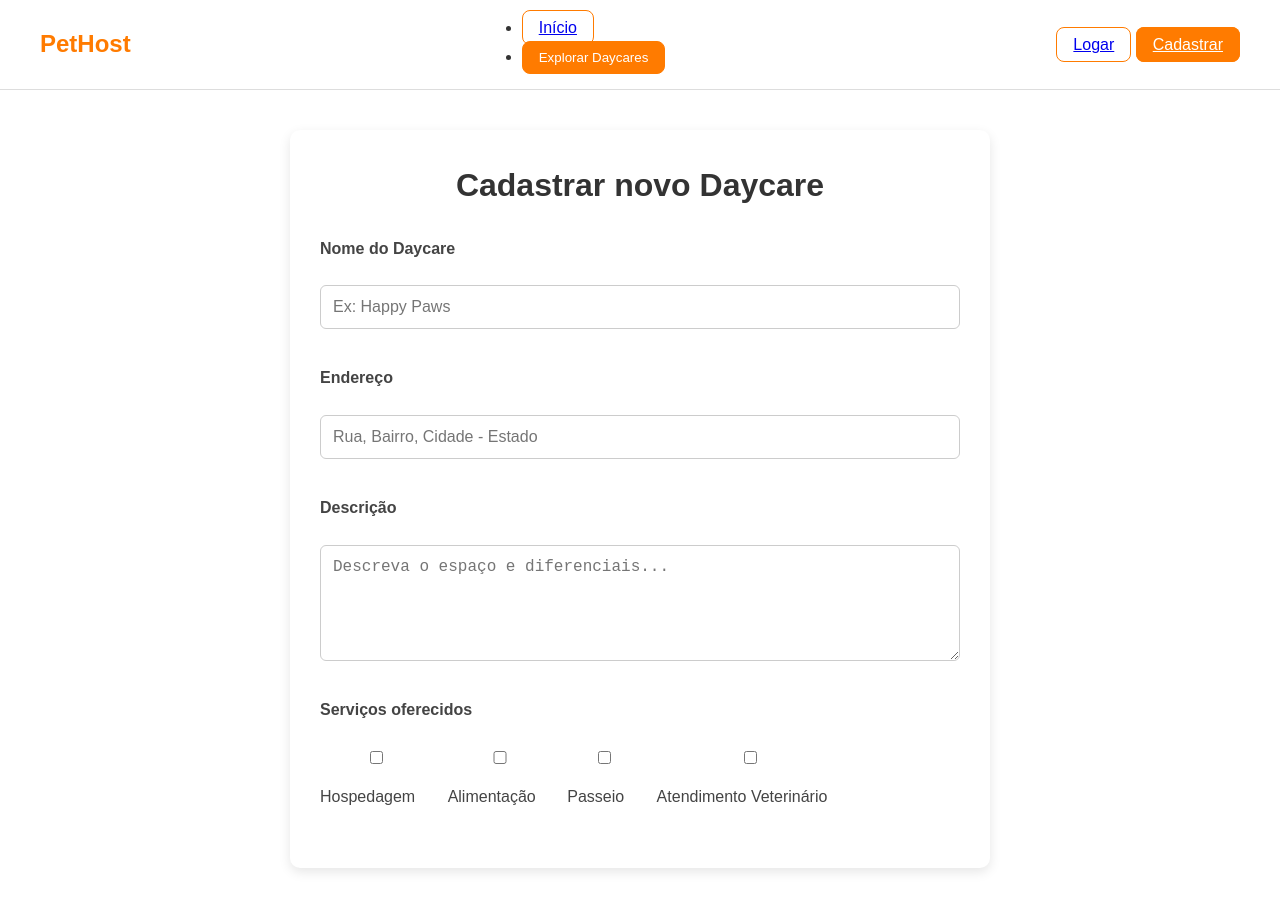
Repository: Vinicius9922/PetHost
Page: cadastro-imovel.html
These files come from the project's save history. The page is drawn as it stood at one moment and after a run of saves; the edit follows.
The browser window is 1280 px wide. The pictures show the whole page.

Above is the page before, as saved 2025-09-09 15:27:24.

### cadastro-imovel.html
<!DOCTYPE html>
<html lang="pt-BR">
<head>
  <meta charset="UTF-8">
  <meta name="viewport" content="width=device-width, initial-scale=1.0">
  <title>Cadastrar Imóvel - PetHost</title>
  <link rel="stylesheet" href="css/style.css">
</head>
<body>
  <!-- Header -->
  <header class="header">
    <div class="logo">PetHost</div>
    <nav>
      <ul class="nav-links">
        <li><a href="index.html" class="btn">Início</a></li>
        <li><button class="btn btn-primary" onclick="window.location.href='daycares.html'">Explorar Daycares</a></li>
      </ul>
    </nav>
    <div class="auth-buttons">
      <a href="login.html" class="btn">Logar</a>
      <a href="cadastro.html" class="btn btn-primary">Cadastrar</a>
    </div>
  </header>

  <!-- Conteúdo principal -->
  <main class="form-container">
    <h1>Cadastrar novo Daycare</h1>
    <form class="form">
      <label for="nome">Nome do Daycare</label>
      <input type="text" id="nome" name="nome" placeholder="Ex: Happy Paws" required>

      <label for="endereco">Endereço</label>
      <input type="text" id="endereco" name="endereco" placeholder="Rua, Bairro, Cidade - Estado" required>

      <label for="descricao">Descrição</label>
      <textarea id="descricao" name="descricao" rows="5" placeholder="Descreva o espaço e diferenciais..." required></textarea>

      <label>Serviços oferecidos</label>
      <div class="checkbox-group">
        <label><input type="checkbox" name="servicos" value="hospedagem"> Hospedagem</label>
        <label><input type="checkbox" name="servicos" value="alimentacao"> Alimentação</label>
        <label><input type="checkbox" name="servicos" value="passeio"> Passeio</label>
        <label><input type="checkbox" name="servicos" value="veterinario"> Atendimento Veterinário</label>
      </div>

      <label for="capaci

### css/style.css
/* ===============================LAYOUT GLOBAL================================== */
* {
  margin: 0;
  padding: 0;
  box-sizing: border-box;
}

body {
  font-family: Arial, sans-serif;
  line-height: 1.6;
  color: #333;
}

/* HEADER */
.header {
  display: flex;
  justify-content: space-between;
  align-items: center;
  padding: 15px 40px;
  background: #fff;
  border-bottom: 1px solid #ddd;
  position: sticky;
  top: 0;
  z-index: 100;
}

.logo {
  font-size: 1.5rem;
  font-weight: bold;
  color: #ff7b00;
}

.nav {
  display: flex;
  align-items: center;
  gap: 15px;
}

.btn {
  padding: 8px 16px;
  border: 1px solid #ff7b00;
  border-radius: 8px;
  background: transparent;
  cursor: pointer;
  transition: all 0.3s;
}

.btn:hover {
  background: #ff7b00;
  color: #fff;
}

.btn-primary {
  background: #ff7b00;
  color: #fff;
}

.btn-primary:hover {
  background: #e86c00;
}

/* USER INFO */
.user-info {
  display: flex;
  align-items: center;
  gap: 8px;
}

.user-info img.avatar {
  border-radius: 50%;
}

.hidden {
  display: none;
}

/* HERO */
.hero {
  text-align: center;
  padding: 80px 20px;
  background: #fff8f0;
}

.hero h1 {
  font-size: 3rem;
  color: #333;
}

.slogan {
  margin: 15px 0;
  font-size: 1.2rem;
  color: #555;
}

.hero-buttons {
  margin-top: 20px;
  display: flex;
  gap: 15px;
  justify-content: center;
}

/* ABOUT */
.about {
  display: flex;
  justify-content: space-between;
  align-items: center;
  gap: 40px;
  padding: 60px 40px;
}

.about-text {
  flex: 1;
}

.about-image img {
  width: 100%;
  max-width: 400px;
  border-radius: 12px;
}

/* SERVICES */
.services {
  padding: 60px 40px;
  background: #f9f9f9;
}

.services h2 {
  text-align: center;
  margin-bottom: 40px;
  color: #333;
}

.services-grid {
  display: grid;
  grid-template-columns: repeat(auto-fit, minmax(220px, 1fr));
  gap: 20px;
}

.service-card {
  background: #fff;
  border-radius: 12px;
  padding: 20px;
  box-shadow: 0 2px 6px rgba(0,0,0,0.1);
  transition: transform 0.3s;
}

.service-card:hover {
  transform: translateY(-5px);
}

/* FOOTER */
.footer {
  padding: 20px;
  background: #333;
  color: #fff;
  text-align: center;
}

.footer .socials a {
  margin: 0 10px;
  font-size: 1.2rem;
  color: #ff7b00;
  text-decoration: none;
}


/* ===============================LOGIN E CADASTRO================================== */


/* Containers dos formulários */
.form-container {
  max-width: 400px;
  margin: 80px auto;
  padding: 2rem;
  background: #fff;
  border-radius: 16px;
  box-shadow: 0 4px 12px rgba(0,0,0,0.1);
  text-align: center;
}

.form-container h1 {
  margin-bottom: 1.5rem;
  color: #ff7a00; /* cor alaranjada padrão */
}

form {
  display: flex;
  flex-direction: column;
  gap: 1rem;
}

form label {
  text-align: left;
  font-weight: 600;
  color: #444;
}

form input, form select {
  padding: 0.8rem;
  border: 1px solid #ccc;
  border-radius: 8px;
  font-size: 1rem;
}

form input:focus, form select:focus {
  border-color: #ff7a00;
  outline: none;
}

.extra-link {
  margin-top: 1rem;
  font-size: 0.9rem;
}
.extra-link a {
  color: #ff7a00;
  text-decoration: none;
  font-weight: 600;
}
.extra-link a:hover {
  text-decoration: underline;
}


/* ===============================DAYCARES================================== */


/* Hero menor para páginas internas */
.hero.small {
  padding: 60px 20px;
  text-align: center;
  background: #ffe4cc;
}

.hero.small h1 {
  font-size: 2rem;
  margin-bottom: 10px;
}

.hero.small p {
  font-size: 1.2rem;
  color: #555;
}

/* Grid de Cards */
.grid-cards {
  display: grid;
  grid-template-columns: repeat(auto-fit, minmax(280px, 1fr));
  gap: 20px;
  margin: 40px 0;
}

.card {
  background: #fff;
  border-radius: 12px;
  overflow: hidden;
  box-shadow: 0 4px 10px rgba(0,0,0,0.1);
  display: flex;
  flex-direction: column;
  transition: transform 0.2s;
}

.card:hover {
  transform: translateY(-5px);
}

.card img {
  width: 100%;
  height: 180px;
  object-fit: cover;
}

.card-body {
  padding: 15px;
  flex: 1;
  display: flex;
  flex-direction: column;
  justify-content: space-between;
}

.card-body h3 {
  margin-bottom: 8px;
  font-size: 1.2rem;
}

.card-body p {
  color: #555;
  margin: 3px 0;
}

.price {
  font-weight: bold;
  color: #ff6600;
  margin-top: 5px;
}

.card-body .btn-primary {
  margin-top: 10px;
  text-align: center;
}


/* ===============================DETALHES================================== */


/* Banner */
.daycare-banner img {
  width: 100%;
  height: auto;
  border-radius: 8px;
  margin-bottom: 20px;
}

/* Conteúdo */
.daycare-details {
  max-width: 900px;
  margin: 0 auto;
  padding: 20px;
}

.daycare-details h1 {
  font-size: 2rem;
  margin-bottom: 10px;
}

.daycare-details .location {
  font-size: 1rem;
  color: #666;
  margin-bottom: 20px;
}

.daycare-details .description {
  font-size: 1.1rem;
  line-height: 1.6;
  margin-bottom: 30px;
}

.services {
  list-style: none;
  padding: 0;
  margin-bottom: 30px;
}

.services li {
  background: #fff3e6;
  padding: 10px;
  margin: 5px 0;
  border-radius: 6px;
}

.reviews {
  background: #f9f9f9;
  padding: 15px;
  border-left: 4px solid #ff7f50;
  margin-bottom: 30px;
  border-radius: 6px;
}

.actions {
  text-align: center;
}

/* ===============================CADASSTRO IMOVEL================================== */
.form-container {
  max-width: 700px;
  margin: 40px auto;
  background: #fff;
  padding: 30px;
  border-radius: 10px;
  box-shadow: 0 4px 12px rgba(0,0,0,0.1);
}

.form-container h1 {
  text-align: center;
  margin-bottom: 25px;
  color: #333;
}

.form label {
  display: block;
  margin-bottom: 8px;
  font-weight: 600;
}

.form input,
.form textarea,
.form select {
  width: 100%;
  padding: 12px;
  margin-bottom: 20px;
  border: 1px solid #ccc;
  border-radius: 6px;
  font-size: 1rem;
}

.form textarea {
  resize: vertical;
}

.checkbox-group {
  display: flex;
  flex-wrap: wrap;
  gap: 15px;
  margin-bottom: 20px;
}

.checkbox-group label {
  font-weight: normal;
}

After the next 2 saves:
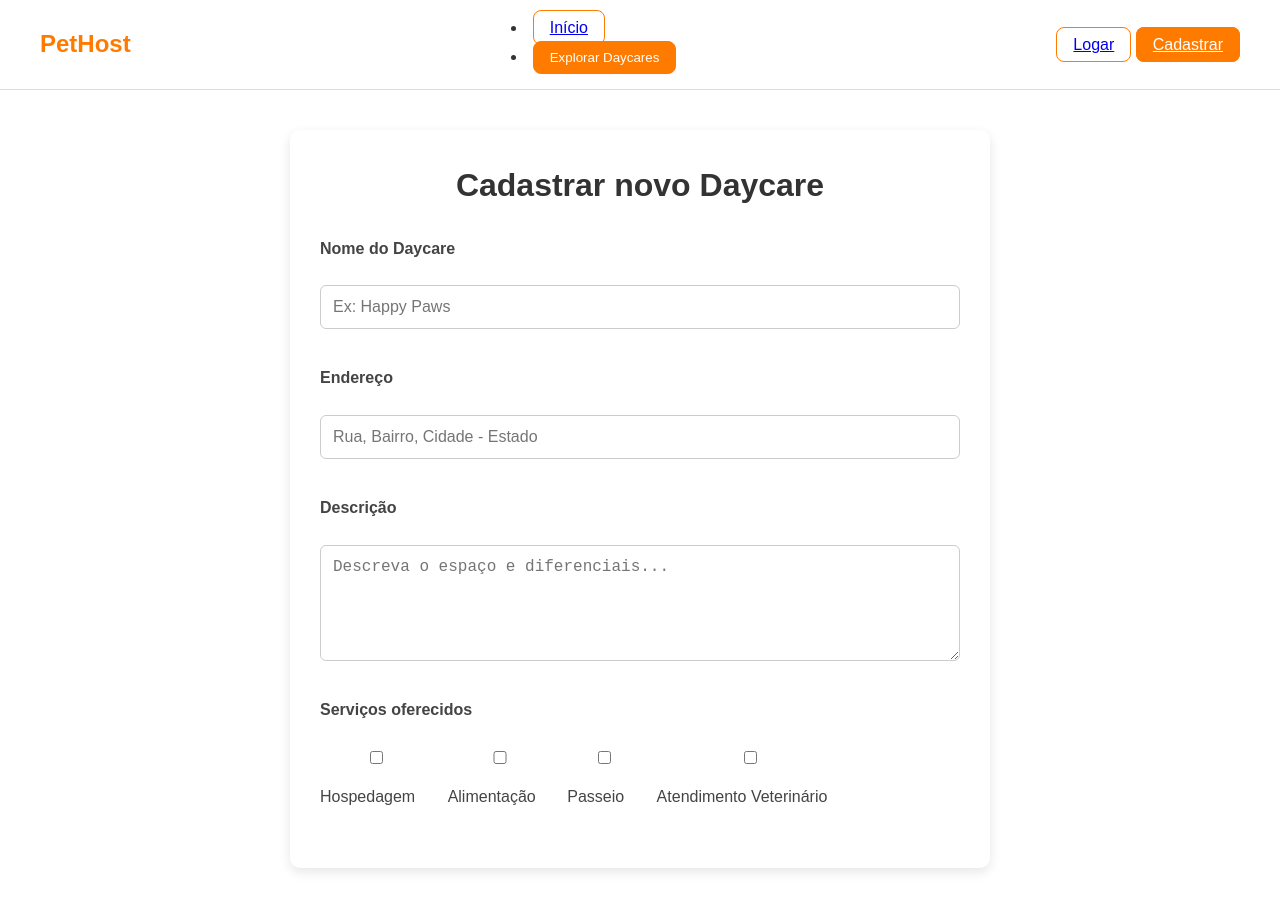
The 2 saves are shown as one change because they came seconds apart.
The last was saved 61 s later.
--- a/cadastro-imovel.html
+++ b/cadastro-imovel.html
@@ -11,10 +11,10 @@
   <header class="header">
     <div class="logo">PetHost</div>
     <nav>
-      <ul class="nav-links">
+      <!-- <ul class="nav-links"> -->
         <li><a href="index.html" class="btn">Início</a></li>
         <li><button class="btn btn-primary" onclick="window.location.href='daycares.html'">Explorar Daycares</a></li>
-      </ul>
+     <!--  </ul> -->
     </nav>
     <div class="auth-buttons">
       <a href="login.html" class="btn">Logar</a>

After the save that followed:
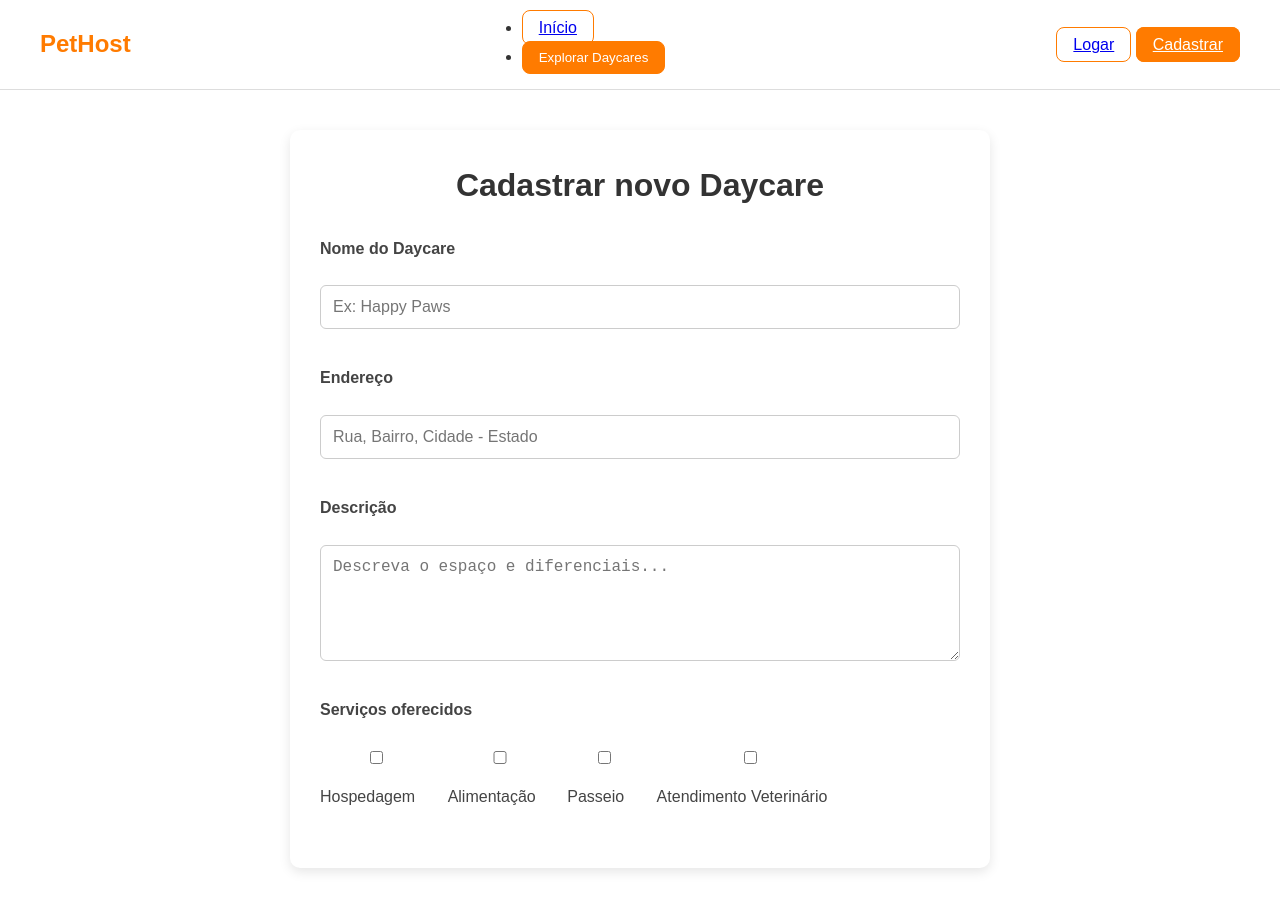
Saved 12 s later.
--- a/cadastro-imovel.html
+++ b/cadastro-imovel.html
@@ -11,10 +11,10 @@
   <header class="header">
     <div class="logo">PetHost</div>
     <nav>
-      <!-- <ul class="nav-links"> -->
+      <ul class="nav-links">
         <li><a href="index.html" class="btn">Início</a></li>
         <li><button class="btn btn-primary" onclick="window.location.href='daycares.html'">Explorar Daycares</a></li>
-     <!--  </ul> -->
+      </ul>
     </nav>
     <div class="auth-buttons">
       <a href="login.html" class="btn">Logar</a>
